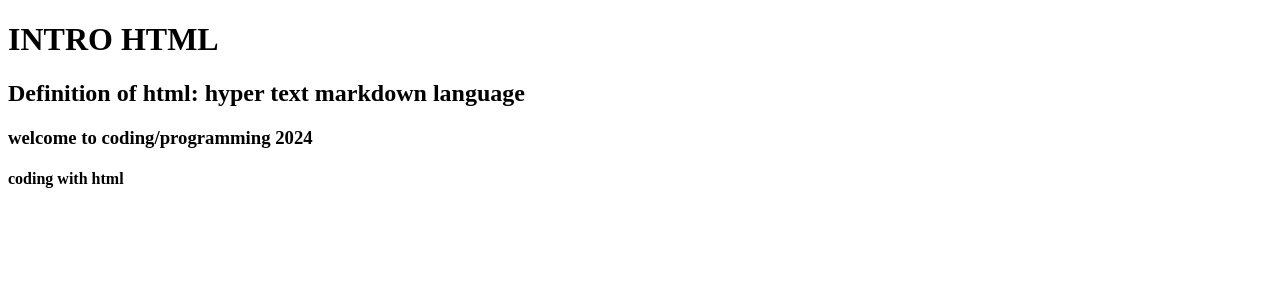
Repository: mirambialex/MYFIRSTREPOR
Page: INTRODUCTION.HTML
These files come from the project's save history. The page is drawn as it stood at one moment and after a run of saves; the edit follows.
The browser window is 1280 px wide. The pictures show the whole page.

Above is the page before, as saved 2024-03-29 09:26:30.

After the next 3 saves:
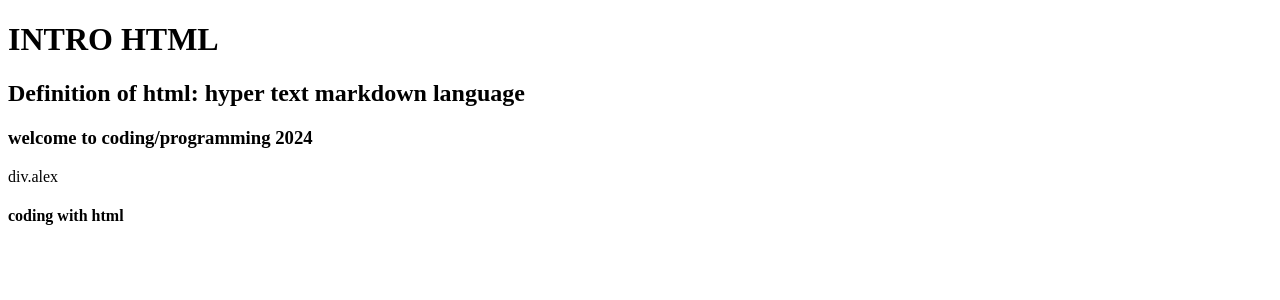
The 3 saves are shown as one change because they came seconds apart.
The last was saved 36 s later.
--- a/INTRODUCTION.HTML
+++ b/INTRODUCTION.HTML
@@ -22,7 +22,7 @@
             </h3>
         </p>
     </div>
-    <div class="ALEX"></div>
+    div.alex
     <P>
         <H4>
          coding with html

After the 2 saves that followed:
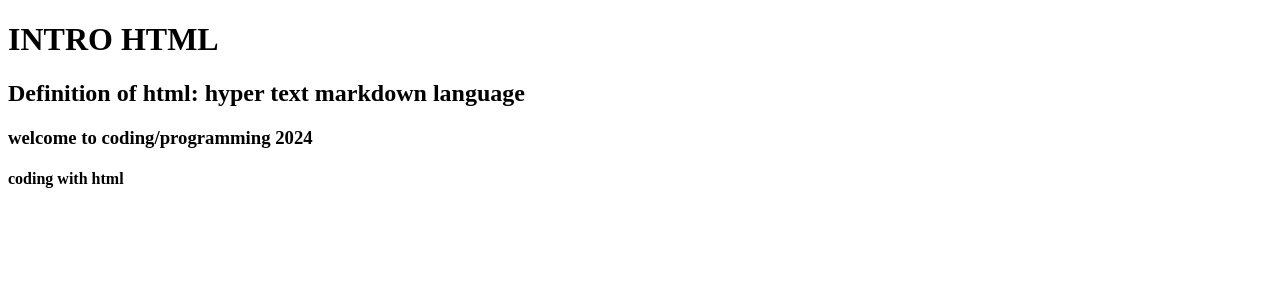
The 2 saves are shown as one change because they came seconds apart.
The last was saved 5 s later.
--- a/INTRODUCTION.HTML
+++ b/INTRODUCTION.HTML
@@ -22,7 +22,9 @@
             </h3>
         </p>
     </div>
-    div.alex
+    <div class="alex">
+
+    </div>
     <P>
         <H4>
          coding with html
